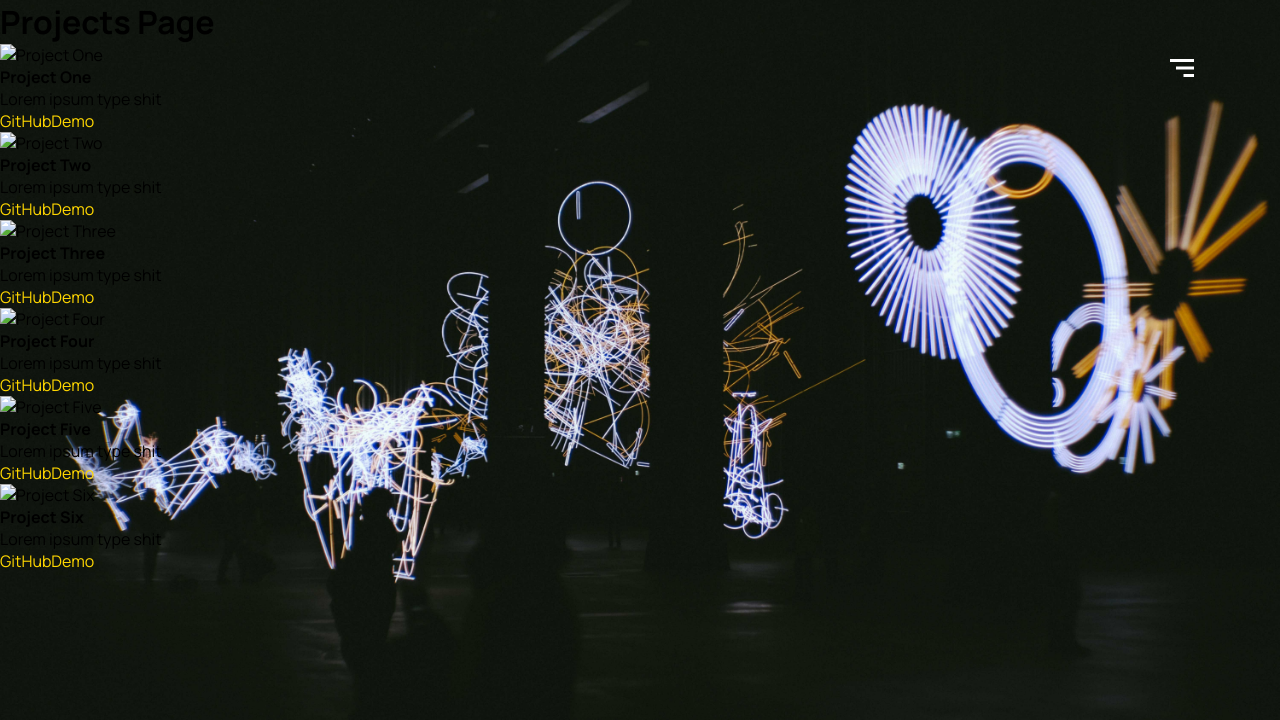
Repository: elaiken/portfolio
Page: /projects
The author's editor kept a copy of each file at every save. The page is drawn from the files as they stood at one save, then again after the next save.
The browser window is 1280 px wide. The pictures show the whole page.
The project was rebuilt for these pictures with package versions that can differ from the ones it lists, and the page was loaded fresh each time. Also part of the build but not shown: src/components/Error.js, src/components/Home.js, src/components/Contacts.js.

Above is the page before, as saved 2021-11-26 14:41:22.

### public/index.html
<!DOCTYPE html>
<html lang="en">
  <head>
    <meta charset="utf-8" />
    <link rel="icon" href="%PUBLIC_URL%/favicon.ico" />
    <meta name="viewport" content="width=device-width, initial-scale=1" />
    <meta name="theme-color" content="#000000" />
    <meta
      name="description"
      content="Elliott A Aiken II | Looking for Front-end Role"
    />
    <link rel="apple-touch-icon" href="%PUBLIC_URL%/logo192.png" />
    <!--
      manifest.json provides metadata used when your web app is installed on a
      user's mobile device or desktop. See https://developers.google.com/web/fundamentals/web-app-manifest/
    -->
    <link rel="manifest" href="%PUBLIC_URL%/manifest.json" />
    <link rel="preconnect" href="https://fonts.googleapis.com">
<link rel="preconnect" href="https://fonts.gstatic.com" crossorigin>
<link href="https://fonts.googleapis.com/css2?family=Manrope:wght@200;400;700&family=Poppins:ital,wght@0,500;1,300;1,400&family=Source+Sans+Pro:ital,wght@0,400;0,600;1,300;1,400&display=swap" rel="stylesheet">


    <title>Elliott A Aiken II | Looking for Front-end Role </title>
  </head>
  <body>
    <noscript>You need to enable JavaScript to run this app.</noscript>
    <div id="root"></div>

  </body>
</html>

### src/index.css
:root {
  --background-image:linear-gradient(120deg,hsl(800, 100%, 35%),rgba(200, 84, 69, 0.67));
  --background-overlay:rgba(0,0,0,0.4)
}


*{
  margin: 0;
  padding: 0;
  box-sizing: border-box;
}

ul {
  list-style-type: none;
}

a {
  font-family: inherit;
  text-decoration: none;
  color:gold;




}

img {
  max-width: 100%;
}
body{
  font-family: "Manrope", sans-serif;
  overflow: auto;
}

/* Menu button */

.menu-btn {
  position: absolute;
  right: 80px;
  margin-top: 50px;
  z-index: 9999999;
}

 .menu-btn button {
  background-color: transparent;
  font-size: 36px;
  color: #fff;
  border:none;
  cursor:pointer;

}

/* Header */

.header {
  position: absolute;
  right: 0;
  height: 0;
  overflow: hidden;
  width: 200px;
  transition: all 0.5s ease-in-out;

}

.header.open {
  height: 100vh;
  background-color:var(--background-overlay);


}

.header nav ul {
  display: flex;
  flex-direction: column;
  align-items: center;
  justify-content: center;
  min-height: 100vh;
}

.header nav ul li {
  margin:20px 0;
}




/* HomePAGE */
.home {
  background: url(./pexels-andre-moura-4021521.jpg);
  background-repeat:no-repeat ;
  background-size: cover;
  background-position:center;
  height: 100vh;
}

.home .overlay {
background-color:var(--background-image);
display: flex;
flex-direction: column ;
align-items: center;
justify-content: center;
min-height: 100vh;
color: white ;
text-align: center;
}

.home .overlay h1 {
  text-transform: uppercase ;
  font-size: 96px;
}
.home .overlay p {
  font-size: 36px;
}

.home .overlay ul {
  display: flex;
  align-items: center;
  justify-content: center;
  margin-top: 30px ;
}

.home .overlay ul li {
  margin: 0 20px;
}

.home .overlay ul li a {
  font-size: 46px;
}

/*Projects */
.projects {

  background-image:url(./pexels-francesco-ungaro-3767508.jpg);
  background-repeat:no-repeat ;
  background-size: cover;
  background-position:center;
  height: 100vh;

}




/* Contact */
.contacts{
  background-image: url(./pexels-oleg-magni-861121.jpg);
  background-repeat:no-repeat ;
  background-size: cover;
  background-position:center;
  height: 130vh;
}
.contacts h1 {
padding: 50px 80px;
color: #fff;
}

.contacts ul {
  position: absolute;
  left: 30%;
  translate:traslate(-50%,-50%);

}
.contacts ul a {
  font-size: 30px;
  color: white;
  margin: 10px;
  text-align: center;
}
.contacts ul li {
  margin: 20px 0;


}


@media (max-width: 992px) {
  .homepage .overlay h1 {
    font-size: 64px;
  }

  @media (max-width: 500px) {
    .menu-btn{
      right:30px
    }
  .homepage .overlay h1 {
    font-size: 48px;
  }
  .homepage .overlay p {
    font-size: 20px;
    margin-top: 20px;
  }
  .homepage .overlay ul li a {
    font-size: 24px;
}
  }
}

### src/App.js
import { BrowserRouter, Route, Routes } from "react-router-dom"
import Error from "./components/Error";
import Home from "./components/Home";
import Menu from "./components/Menu";
import Projects from "./components/Projects";
import Contacts from "./components/Contacts";



const App = () => {
  return (
    <BrowserRouter >
      <Menu />
      <Routes>
        <Route exact path='/' element={<Home />}>
        </Route>
        <Route path="/projects" element={<Projects />}>
        </Route>
        <Route path="contact-me" element={<Contacts />}>
        </Route>
        <Route path="/*" element={<Error />}>
        </Route>
      </Routes>
    </BrowserRouter>
  );
}
export default App;

### src/components/Menu.js
import { useState } from "react"

import { Link } from "react-router-dom"

import { BiMenuAltRight } from "react-icons/bi"
import { navbar } from "../data/navbar"




const Menu = () => {
    const [isOpen, setIsOpen] = useState(false);
    const [links, setLinks] = useState(navbar)


    return (
        <>



            <div className="menu-btn">
                <button onClick={() => setIsOpen(!isOpen)}>
                    <BiMenuAltRight />
                </button >
            </div>
            <header className={`${isOpen ? "header open" : "header"}`}>
                <nav>
                    <ul>
                        {links.map((link) => {
                            const { id, title, url } = link

                            return (
                                <li key={id} onClick={() => setIsOpen(false)}>
                                    <Link to={url}>{title}</Link>
                                </li>
                            )
                        })}
                    </ul>
                </nav>

            </header>

        </>
    )
}

export default Menu

### src/components/Projects.js
import { useState } from "react";
import { projects } from "../data/projects";




const Projects = () => {
    const [cards, setCards] = useState(projects)
    return (
        <>
            <div className="projects">
                <h1>Projects Page</h1>
                <div className="cards">
                    {cards.map(({ id, title, desc, github, demo, image }) => (
                        <article key={id}>
                            <img src={image} alt={title} />
                            <h4>{title}</h4>
                            <p>{desc}</p>
                            <ul>
                                <l1><a href={github} target="_blank" rel="noopener noreferrer">GitHub</a></l1>
                                <l1><a href={demo} target="_blank" rel="noopener noreferrer" >Demo</a></l1>
                            </ul>
                        </article>
                    ))}
                </div>
            </div>
        </>
    )
}

export default Projects

### src/data/navbar.js
import { v4 as uuidv4 } from "uuid";


export const navbar = [
    {
        id: uuidv4(),
        title: "Home",
        url: "/"
    },

    {
        id: uuidv4(),
        title: "Projects",
        url: "/projects"
    },

    {
        id: uuidv4(),
        title: "Contacts",
        url: "/contact-me"
    }
]

### src/data/projects.js
import { v4 as uuidv4 } from "uuid"


export const projects = [
    {
        id: uuidv4(),
        title: "Project One",
        desc: " Lorem ipsum type shit ",
        github: "",
        demo: "",
        image: "",
    },
    {
        id: uuidv4(),
        title: "Project Two",
        desc: " Lorem ipsum type shit ",
        github: "",
        demo: "",
        image: "",
    },
    {
        id: uuidv4(),
        title: "Project Three",
        desc: " Lorem ipsum type shit ",
        github: "",
        demo: "",
        image: "",
    },
    {
        id: uuidv4(),
        title: "Project Four",
        desc: " Lorem ipsum type shit ",
        github: "",
        demo: "",
        image: "",
    },
    {
        id: uuidv4(),
        title: "Project Five",
        desc: " Lorem ipsum type shit ",
        github: "",
        demo: "",
        image: "",
    },
    {
        id: uuidv4(),
        title: "Project Six",
        desc: " Lorem ipsum type shit ",
        github: "",
        demo: "",
        image: "",
    },
]

Loaded but not shown: src/index.js (common file); src/reportWebVitals.js (common file)

After the next save:
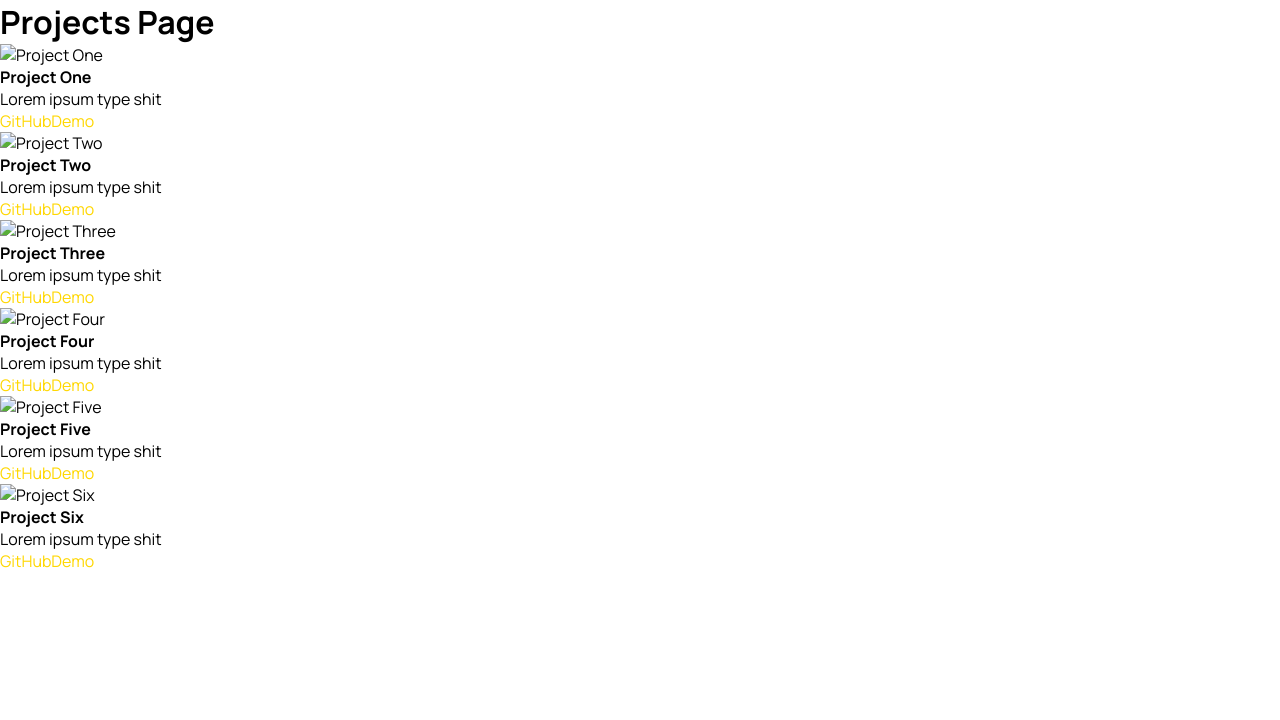
Saved 9 s later.
--- a/src/index.css
+++ b/src/index.css
@@ -130,7 +130,7 @@
 /*Projects */
 .projects {
 
-  background-image:url(./pexels-francesco-ungaro-3767508.jpg);
+  background-image:url(./pexels-francesco-ungaro-3767508.jpg) cross-fade();
   background-repeat:no-repeat ;
   background-size: cover;
   background-position:center;

After the save that followed:
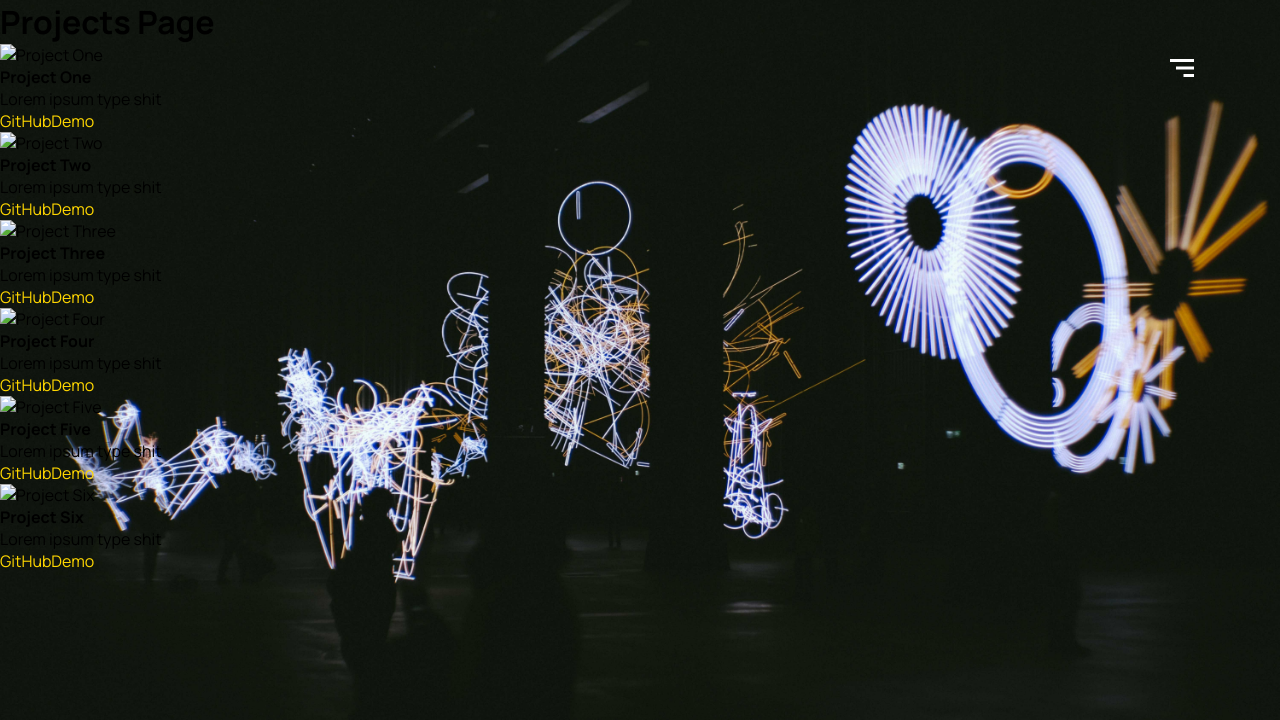
Saved 4 s later.
--- a/src/index.css
+++ b/src/index.css
@@ -130,7 +130,7 @@
 /*Projects */
 .projects {
 
-  background-image:url(./pexels-francesco-ungaro-3767508.jpg) cross-fade();
+  background-image:url(./pexels-francesco-ungaro-3767508.jpg) ;
   background-repeat:no-repeat ;
   background-size: cover;
   background-position:center;
